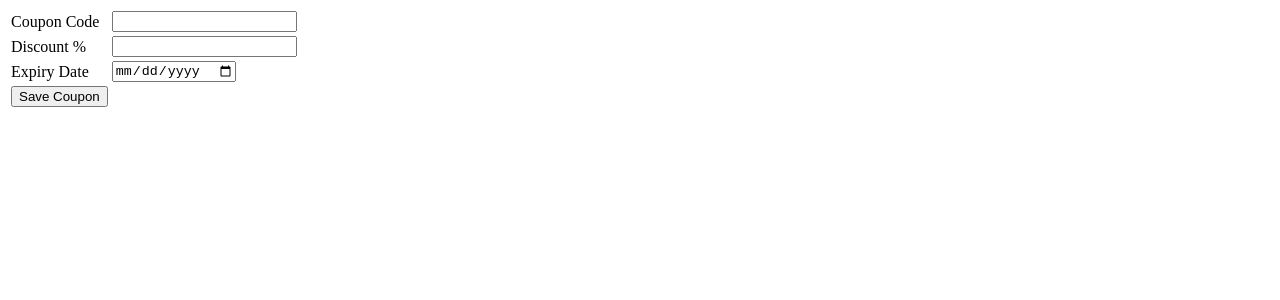
Repository: payal033/Java-Servlets-JSP
Page: http://localhost/FinalProject/createCoupon.jsp
The author's editor kept a copy of each file at every save. The page is drawn from the files as they stood at one save, then again after the next save.
The browser window is 1280 px wide. The pictures show the whole page.
The page is served by Tomcat 9.

Above is the page before, as saved 2022-05-30 18:00:33.

After the next save:
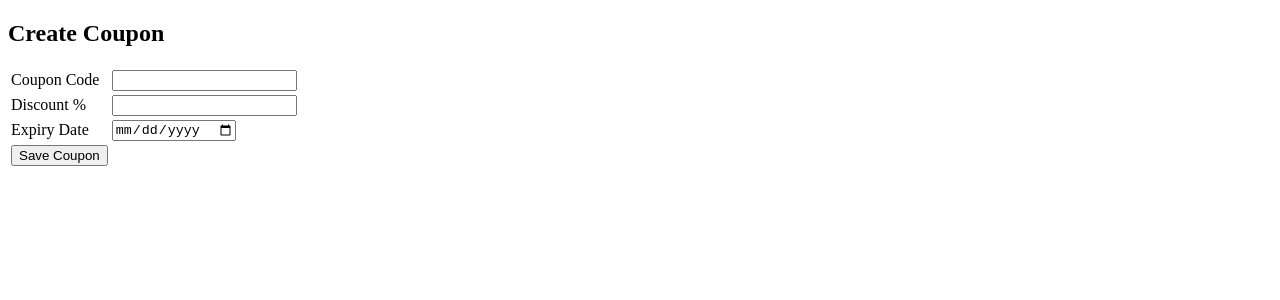
Saved 26 s later.
--- a/FinalProject/WebContent/createCoupon.jsp
+++ b/FinalProject/WebContent/createCoupon.jsp
@@ -8,6 +8,7 @@
 <title>Create Coupon</title>
 </head>
 <body>
+	<h2>Create Coupon</h2>
 	<form method="post" action="coupons">
 		<table>
 			<tr>
